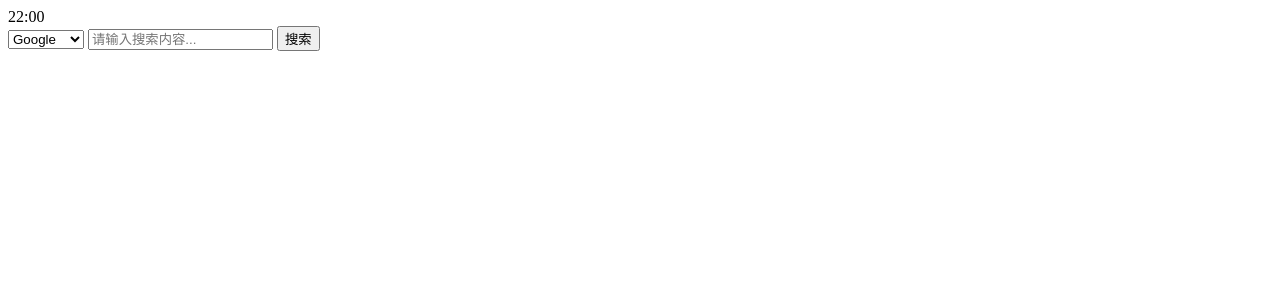
Repository: RADEKWRLD/NaviR
Page: index.html
An editor plug-in stored every save of this project. The page is shown before and after the next save, followed by the edit.
The browser window is 1280 px wide. The pictures show the whole page.

Above is the page before, as saved 2025-05-23 22:03:52.

After the next save:
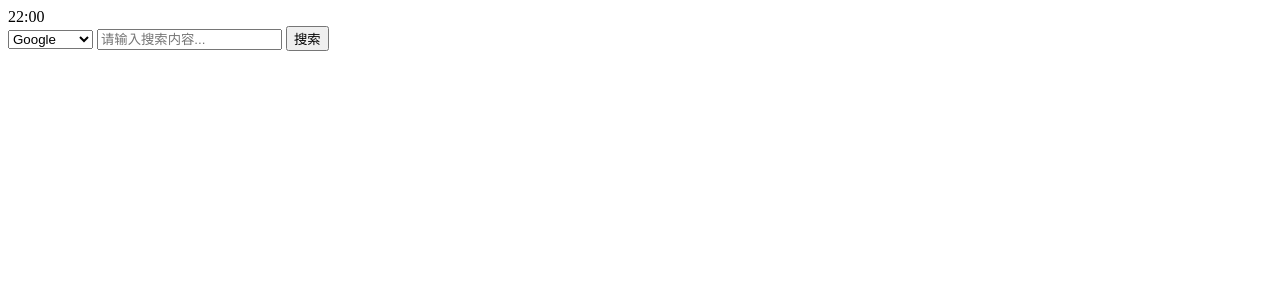
Saved 45 s later.
--- a/main/script.js
+++ b/main/script.js
@@ -23,7 +23,7 @@
     },
     bingcn: {
         name: '必应中国',
-        url: 'https://cn.bing.com/search?q='
+        url: 'https://www.bing.com/search?q='
     },
     github: {
         name: 'GitHub',
@@ -32,6 +32,22 @@
     zhihu: {
         name: '知乎',
         url: 'https://www.zhihu.com/search?q='
+    },
+    chatgpt: {
+        name: 'ChatGPT',
+        url: 'https://chat.openai.com/?q='
+    },
+    deepseek: {
+        name: 'DeepSeek',
+        url: 'https://www.deepseek.com/search?q='
+    },
+    claude: {
+        name: 'Claude',
+        url: 'https://claude.ai/search?q='
+    },
+    kimi: {
+        name: 'Kimi',
+        url: 'https://kimi.moonshot.cn/search?q='
     }
 };
 

After the save that followed:
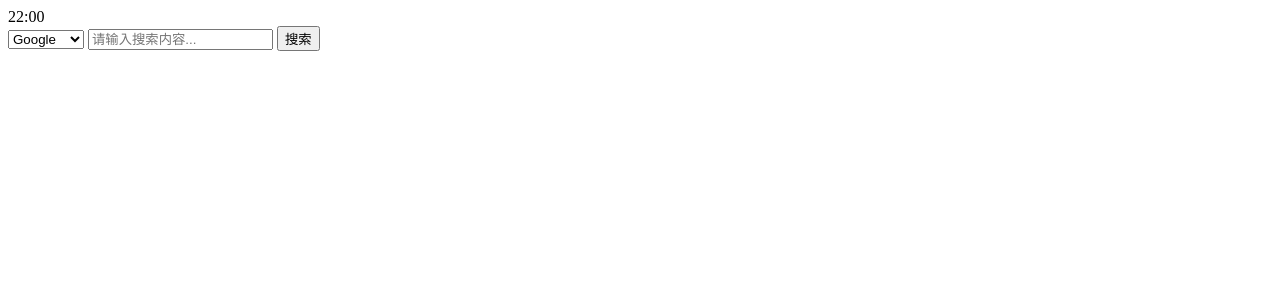
Saved 22 s later.
--- a/main/script.js
+++ b/main/script.js
@@ -23,7 +23,7 @@
     },
     bingcn: {
         name: '必应中国',
-        url: 'https://www.bing.com/search?q='
+        url: 'https://cn.bing.com/search?q='
     },
     github: {
         name: 'GitHub',
@@ -32,22 +32,6 @@
     zhihu: {
         name: '知乎',
         url: 'https://www.zhihu.com/search?q='
-    },
-    chatgpt: {
-        name: 'ChatGPT',
-        url: 'https://chat.openai.com/?q='
-    },
-    deepseek: {
-        name: 'DeepSeek',
-        url: 'https://www.deepseek.com/search?q='
-    },
-    claude: {
-        name: 'Claude',
-        url: 'https://claude.ai/search?q='
-    },
-    kimi: {
-        name: 'Kimi',
-        url: 'https://kimi.moonshot.cn/search?q='
     }
 };
 
